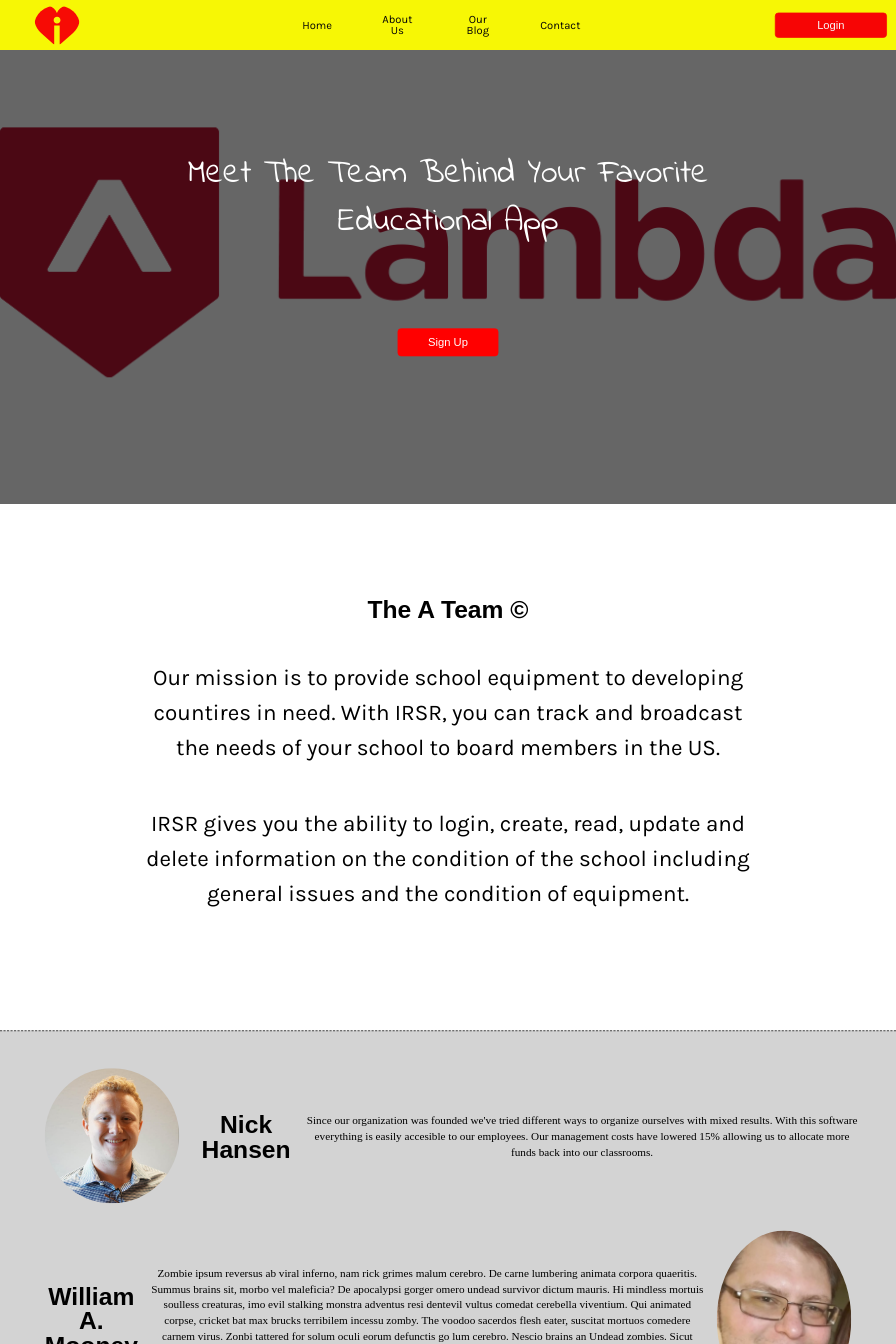
Repository: internationalrural-school-report/maketing-page
Page: about-us.html
The author's editor kept a copy of each file at every save. The page is drawn from the files as they stood at one save, then again after the next save.
The browser window is 1280 px wide. The pictures show the part of the page from y = 0 to 1920 px (the page is 2715 px tall), at 70% of full size.
Backgrounds fixed to the window are drawn as part of the page.

Above is the page before, as saved 2019-08-29 14:56:14.

After the next save:
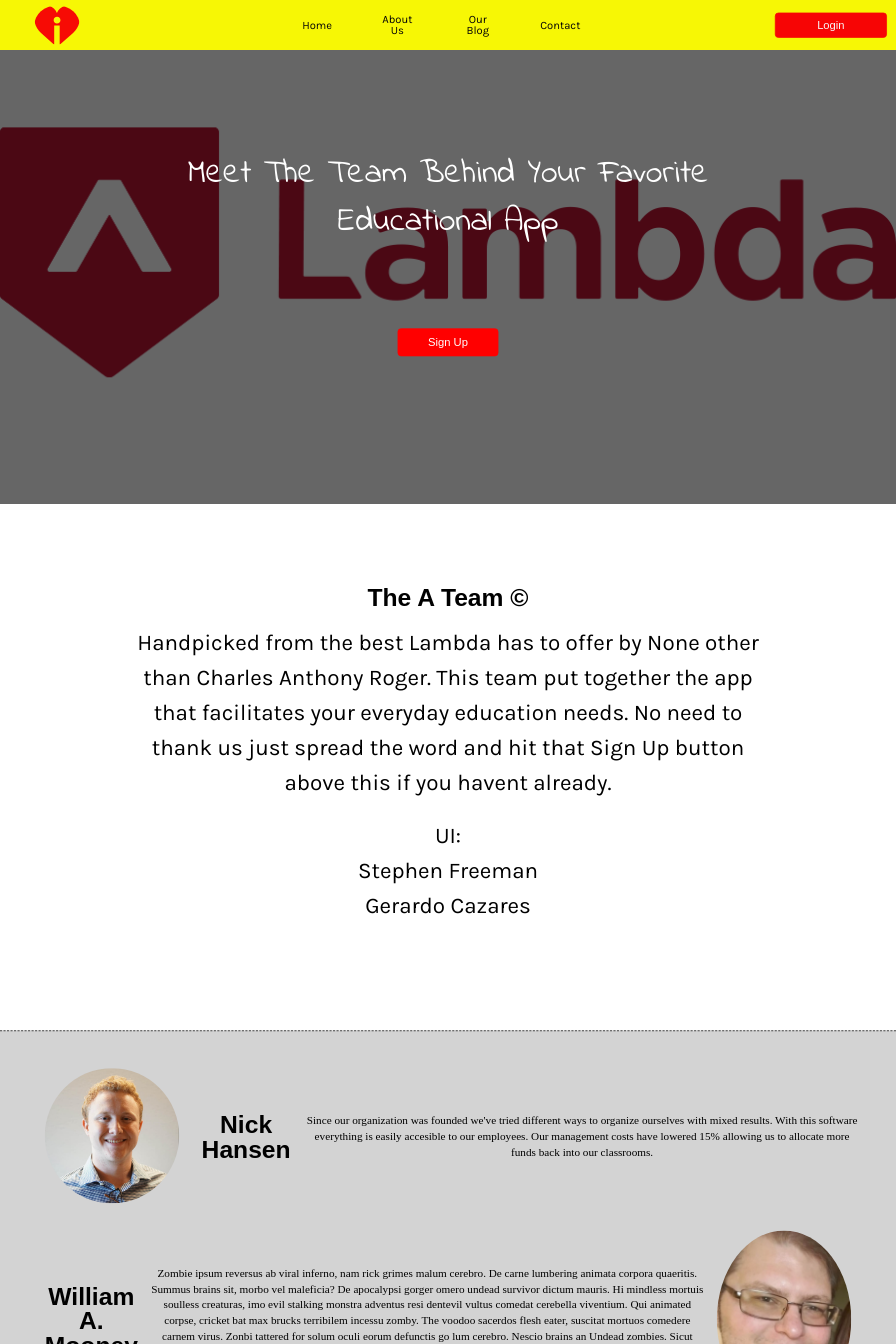
Saved 3 min 55 s later.
--- a/about-us.html
+++ b/about-us.html
@@ -71,13 +71,13 @@
     <section class="mission-container">
       <div class="mission-txt">
         <h2>The A Team ©</h1>
-        <p>Our mission is to provide school equipment to developing countires in need.
-          With IRSR, you can track and broadcast the needs of your school to board members
-          in the US.</p>
+        <p>Handpicked from the best Lambda has to offer by None other than Charles Anthony Roger.
+          This team put together the app that facilitates your everyday education needs. No need to thank us
+          just spread the word and hit that Sign Up button above this if you havent already.
+        </p>
 
         <p>
-          IRSR gives you the ability to login, create, read, update and delete information on the condition
-          of the school including general issues and the condition of equipment.
+          UI: </br>Stephen Freeman </br> Gerardo Cazares
         </p>
       </div>
     </section>
